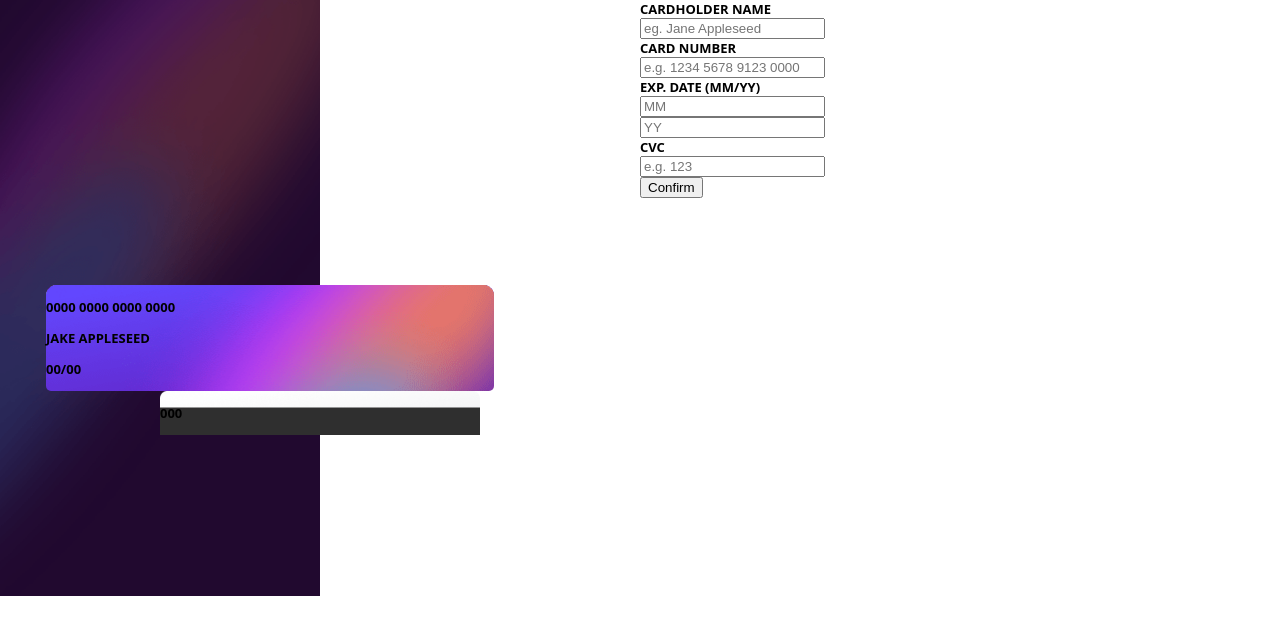
Repository: Celebration-cloud/my-project
Page: interactive-card-details-form-main/index.html
The author's editor kept a copy of each file at every save. The page is drawn from the files as they stood at one save, then again after the next save.
The browser window is 1280 px wide. The pictures show the whole page.

Above is the page before, as saved 2023-08-22 18:46:51.

### interactive-card-details-form-main/index.html
<!DOCTYPE html>
<html lang="en">
<head>
  <meta charset="UTF-8">
  <meta name="viewport" content="width=device-width, initial-scale=1.0"> <!-- displays site properly based on user's device -->

  <link rel="icon" type="image/png" sizes="32x32" href="./images/favicon-32x32.png">
  <link rel="stylesheet" href="index.css">

  <title>Frontend Mentor | Interactive card details form</title>

  <!-- Feel free to remove these styles or customise in your own stylesheet 👍 -->
  <style>
    .attribution { font-size: 11px; text-align: center; }
    .attribution a { color: hsl(228, 45%, 44%); }
  </style>
</head>
<body>
  <div class="container">
    <section id="section-a" class="section-a">
      <div id="card">
        <div id="profile"></div><span id="detail"></span>
        <p id="card-number">0000 0000 0000 0000</p>
        <p id="card-name">JAKE APPLESEED</p>
        <p id="exp-date">00/00</p>
      </div>
      <div id="card-back">
        <p>000</p>
      </div>

    </section>
    <!-- Add your site or application content here -->
    <!-- Card Details Form Section-->
    <section id="section-b" class="section-b">
      <form action="">
        <label for="name" id="cardholder-numeber-label">CARDHOLDER NAME</label><br/>
        <input name="name" id="cardholder-numeber-input" aria-required="false" placeholder="eg. Jane Appleseed" required/><br/>
        <label for="card-number" id="card-number-label">CARD NUMBER</label><br/>
        <input name="card-number" id="card-number-input" type="tel" aria-required="false" placeholder="e.g. 1234 5678 9123 0000" required/><br/>
        <label for="expire-date" id="expire-date-label">EXP. DATE (MM/YY)</label><br/>
        <input name="expire-date" id="expire-date" type="tel" aria-required="false" placeholder="MM" required/><br/>
        <input name="expire-date" id="expire-date2" type="tel" aria-required="false" placeholder="YY" required/><br/>
        <label for="cvc" id="cvc-label">CVC</label><br/>
        <input name="cvc" aria-required="false" id="cvc" type="tel" placeholder="e.g. 123" required/><br/>
        <button type="submit">Confirm</button>
      </form>

    </section>
  </div>

  <!-- 0000 0000 0000 0000
  00/00

  000

  Cardholder Name
  e.g. Jane Appleseed

  Card Number
  e.g. 1234 5678 9123 0000

  Exp. Date (MM/YY)
  MM
  YY

  CVC
  e.g. 123

  Confirm -->

  <!-- Completed state start -->

  <!-- Thank you!
  We've added your card details
  Continue -->

  <!-- <div class="attribution">
    Challenge by <a href="https://www.frontendmentor.io?ref=challenge" target="_blank">Frontend Mentor</a>.
    Coded by <a href="#">Your Name Here</a>.
  </div> -->
</body>
</html>

### interactive-card-details-form-main/index.css
body{
    font-family: system-ui, -apple-system, BlinkMacSystemFont, 'Segoe UI', Roboto, Oxygen, Ubuntu, Cantarell, 'Open Sans', 'Helvetica Neue', sans-serif;
    font-weight: bolder;
    font-size: small;
    margin: 0;
    padding: 0;
}
.container{
    display: flex;
}
#section-a{
    background-image: url(images/bg-main-desktop.png);
    background-size: 50%;
    background-repeat: no-repeat;
    width: 50%;
    height: 100vh;
    display: flex;
    flex-direction: column;
    justify-content: center;
}
#card{
    background-image: url(images/bg-card-front.png);
    width: 70%;
    background-size: cover;
    border-radius: 5px;
    align-self: center;
    margin-left: -100px;
}
#card-back{
    background-image: url(images/bg-card-back.png);
    background-size: cover;
    width: 50%;

    align-self: center;
}

After the next save:
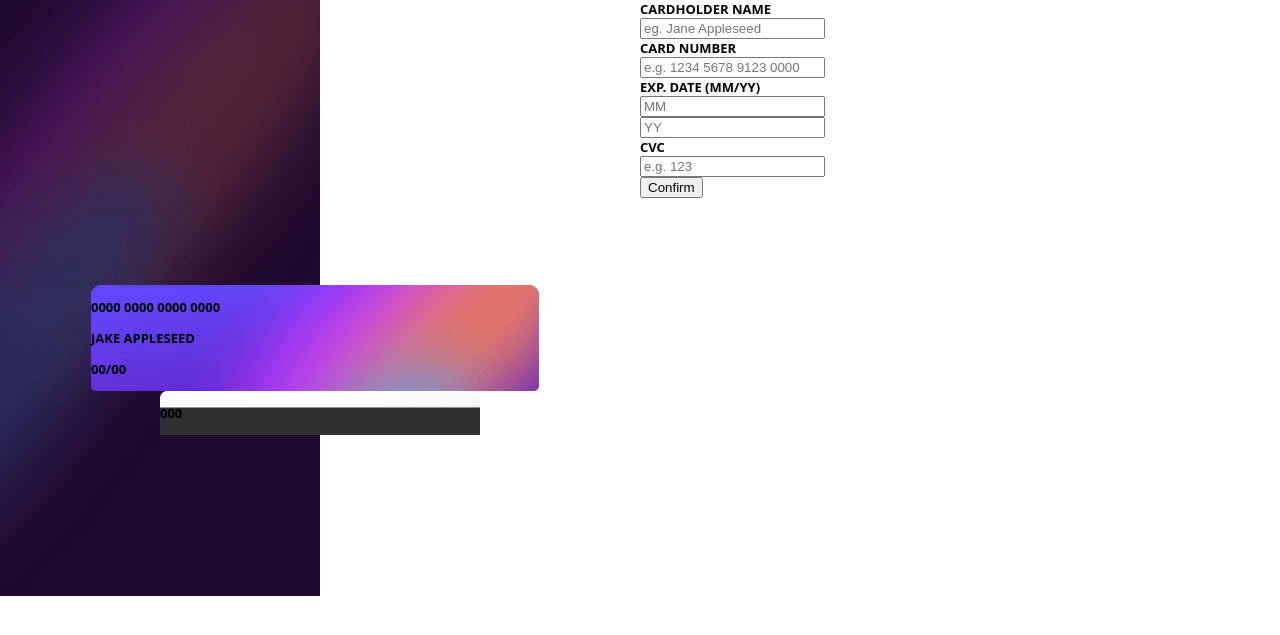
Saved 5 s later.
--- a/interactive-card-details-form-main/index.css
+++ b/interactive-card-details-form-main/index.css
@@ -24,7 +24,7 @@ body{
     background-size: cover;
     border-radius: 5px;
     align-self: center;
-    margin-left: -100px;
+    margin-left: -10px;
 }
 #card-back{
     background-image: url(images/bg-card-back.png);
